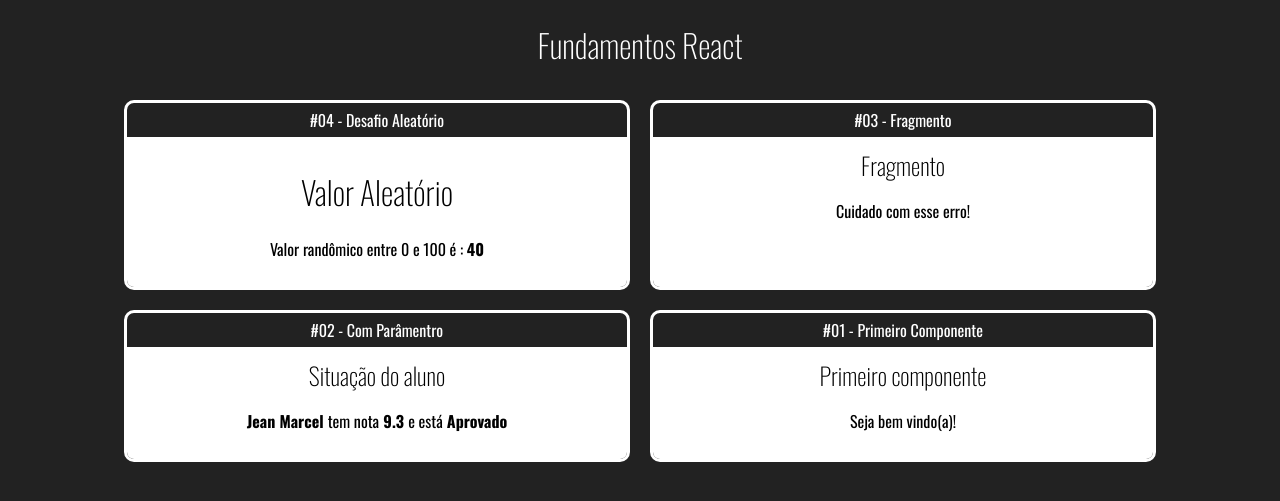
Repository: jean-siqueira/fundamentos-react
Page: /
These files come from the project's save history. The page is drawn as it stood at one moment and after a run of saves; the edit follows.
The browser window is 1280 px wide. The pictures show the whole page.
The project was rebuilt for these pictures with package versions that can differ from the ones it lists, and the page was loaded fresh each time.

Above is the page before, as saved 2023-03-04 12:31:46.

After the next 3 saves:
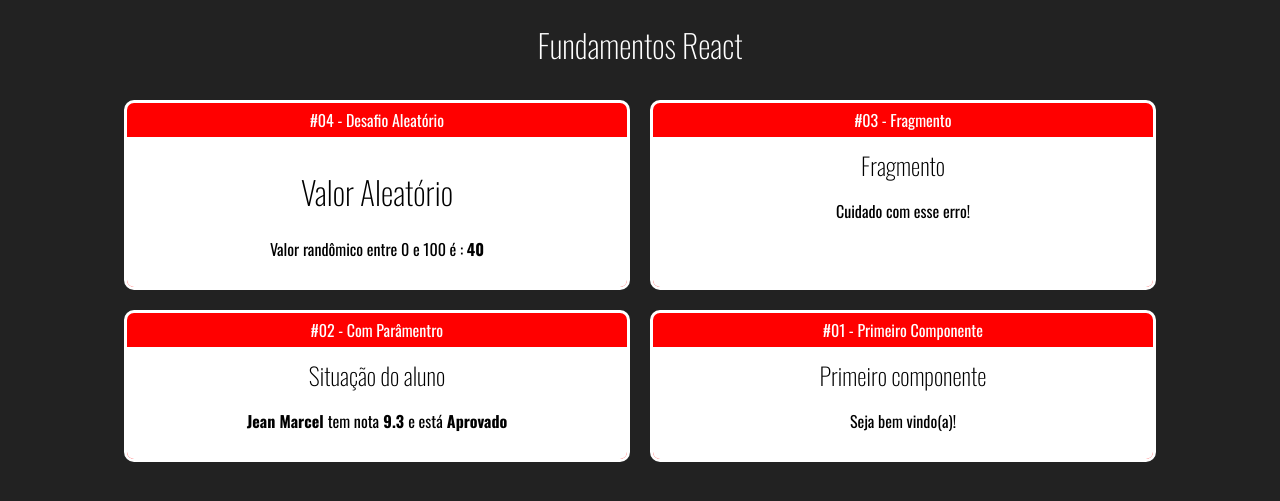
The 3 saves are shown as one change because they came seconds apart.
The last was saved 21 s later.
--- a/src/components/layout/Card.jsx
+++ b/src/components/layout/Card.jsx
@@ -4,7 +4,7 @@ import "./Card.css";
 export default (props) => {
 
     const estilo = {
-        backgroundColor: props.color
+        backgroundColor: props.color || '#F00'
     }
 
   return (
